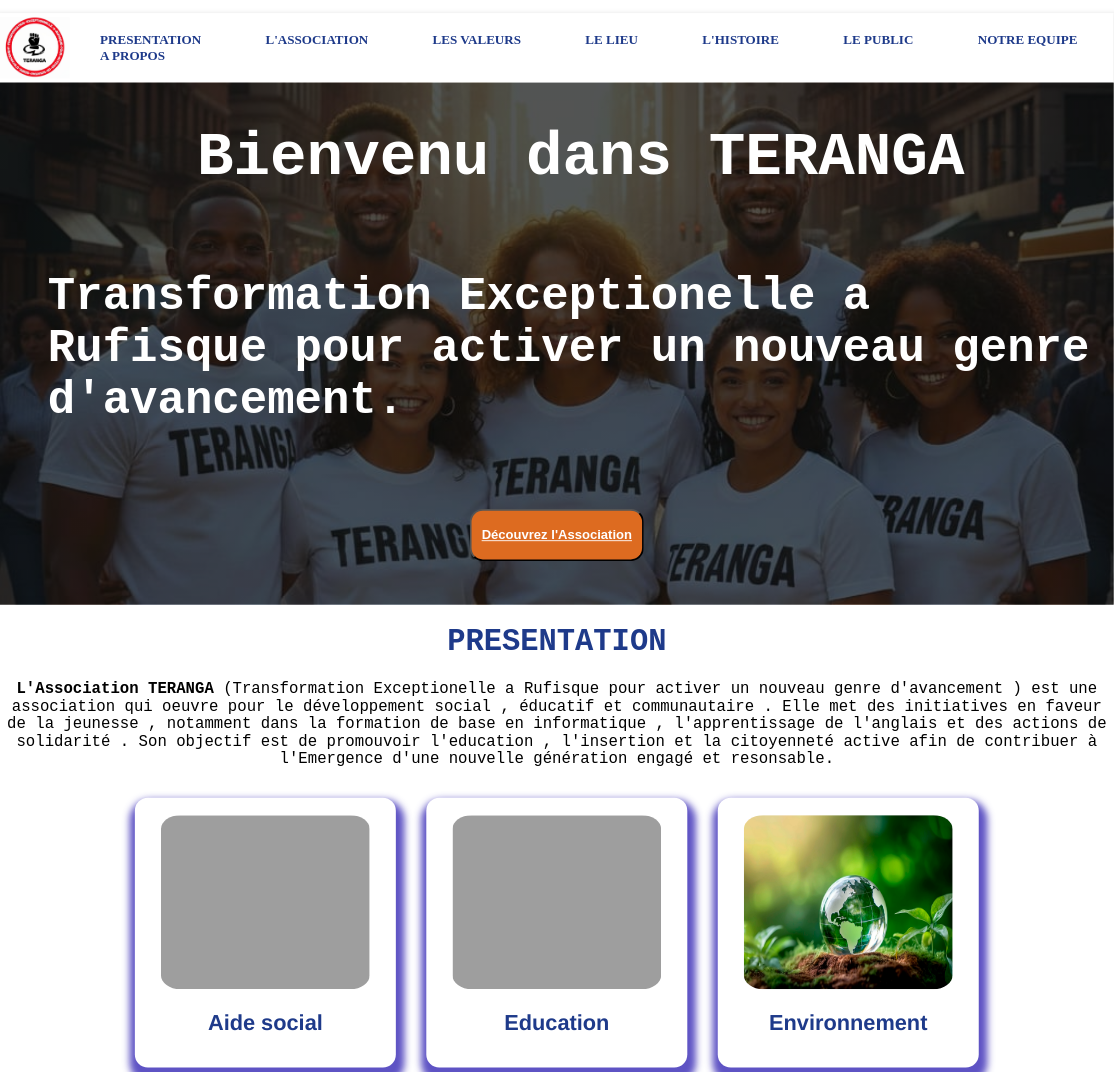
Repository: assanendao171/projet-teranga
Page: presentation.html
The author's editor kept a copy of each file at every save. The page is drawn from the files as they stood at one save, then again after the next save.
The browser window is 1280 px wide. The pictures show the whole page, at 87% of full size.
The pointer rests on the first visible `.image-aide`.
Pictures or frames that could not be fetched are drawn as grey boxes.

Above is the page before, as saved 2026-02-11 14:08:52.

### presentation.html
<!DOCTYPE html>
<html lang="en">
<head>
    <meta charset="UTF-8">
    <meta name="viewport" content="width=device-width, initial-scale=1.0">
    <title>Document</title>
    <link rel="stylesheet" href="presentation.css">
</head>
<body>
<!-- l'entete -->
 <header>
        <!-- logo -->
<img src="image/logo.jpeg" alt="" class="logo">
<div class="btn-nav">

    <nav>

<a href="presentation.html" target="_blank">PRESENTATION</a>
<a href="association.html" target="_blank">L'ASSOCIATION</a>
<a href="valeur.html" target="_blank">LES VALEURS</a>
<a href="lieu.html" target="_blank">LE LIEU</a>
<a href="histoire.html" target="_blank">L'HISTOIRE</a>
<a href="public.html" target="_blank">LE PUBLIC</a>
<a href="equipe.html" target="_blank">NOTRE EQUIPE</a>
<a href="propos.html" target="_blank">A PROPOS</a>
    </nav>
</div>
 </header>
 <!-- le hero -->
  <div class="hero">
<div class="texte-accrosse">
    <h1>Bienvenu dans TERANGA</h1>
    <h2>Transformation Exceptionelle a Rufisque pour activer un nouveau genre d'avancement.</h2>
</div>
<!-- btn-hero -->
 <div class="btn">
<button class="btn-hero"><a href="association.html" target="_blank">Découvrez l'Association</a></button>
</div>
  </div>
 <!-- le corps -->
  <main>
    <h1 id="h-presentation">PRESENTATION</h1>
    <p id="p-presentation"><strong>L'Association TERANGA </strong> (Transformation Exceptionelle a Rufisque pour activer un nouveau genre d'avancement ) est une association
    qui oeuvre pour le développement social , éducatif et communautaire . Elle met  des initiatives en faveur de la jeunesse , notamment dans la formation de base en informatique ,
    l'apprentissage de l'anglais et des actions de solidarité . Son objectif  est de promouvoir l'education , l'insertion et la citoyenneté active afin de contribuer
à l'Emergence d'une nouvelle génération engagé et resonsable.</p>
<div class="contain-image">
<div class="image1">
<img src="image/aidesocial.jpg" alt="aide social" class="image-aide">
<span id="texte-aide-social">Aide social</span>
</div>
<!-- ____________________ -->
 <div class="image1">
<img src="image/education.jpg" alt="education" class="image-aide">
<span id="texte-aide-social">Education</span>
</div>
<!-- ___________________________________ -->
 <div class="image1">
<img src="image/environnement.jpg" alt="environnement" class="image-aide">
<span id="texte-aide-social">Environnement</span>
</div>
</div>
  </main>
  <!-- le pieds -->
   <footer></footer>
</body>
</html>

### presentation.css
body{
    margin: 15px 0 5px 0;
}
header{
width: 100%;
height: 80px;
background-color: #FFFFFF;
box-shadow: 2px 6px 6px 6px rgba(0, 0, 0, 0.1);
display: flex;
align-items: center;
justify-content: center;
}
nav a{
    margin: 35px;
    color: #1E3A8A;
    text-decoration: none;
    font-size: 15px;
    font-weight:900;
}
nav a:hover{
    text-decoration: underline;
}
.logo{
    width: 80px;
left: 10px;
}
.hero{
  width:100%;
  height:600px ;
  background-image:
    linear-gradient(rgba(0, 0, 0, 0.6), rgba(0, 0, 0, 0.6)),
    url("image/background.jpeg");
  background-size: cover;
  background-position: top;
  background-repeat: no-repeat;
}
.texte-accrosse{
display: flex;
flex-direction: column;
justify-content: center;
align-items: center;
color: rgb(255, 255, 255);
font-size: 35px;
font-family: 'Courier New', Courier, monospace;
margin-left: 55px;
}
.btn-hero{
width: 200px;
height: 60px;
border-radius: 15px;
background-color: #DD6B20;
font-size: 15px;
font-weight: 600;
color: #FFFFFF;

}
.btn-hero a{
color: #FFFFFF;
}
.btn{
    padding: 50px;
    display: flex;
    flex-direction: column;
    justify-content: center;
    align-items: center;
}
#h-presentation{
        color: #1E3A8A;

    text-align: center;
    font-size: 35px;
font-family: 'Courier New', Courier, monospace;
}
#p-presentation{
    text-align: center;
    font-size: 18px;
font-family: 'Courier New', Courier, monospace;
margin: 5px ;
}
.contain-image{
    padding-top: 30px;
    display: flex;
    gap: 35px;
    text-align: center;
    justify-content: center;
    align-items: center;
}
.image1{
    width: 300px;
    height: 310px;
    text-align: center;
    background-color: rgb(255, 255, 255);
    border-radius: 15px;
    box-shadow: 2px 10px 8px 8px rgba(49, 34, 180, 0.781);
    color: #1E3A8A;

}
.image-aide{
        width: 240px;
    height: 200px;
    padding: 20px;
    border-radius: 15%;
}
.image-aide:hover{
    transition: 1.s;
    transform: ;
}
#texte-aide-social{
        font-size: 25px;
        font-weight:bold;
font-family:'Franklin Gothic Medium', 'Arial Narrow', Arial, sans-serif
}

After the next save:
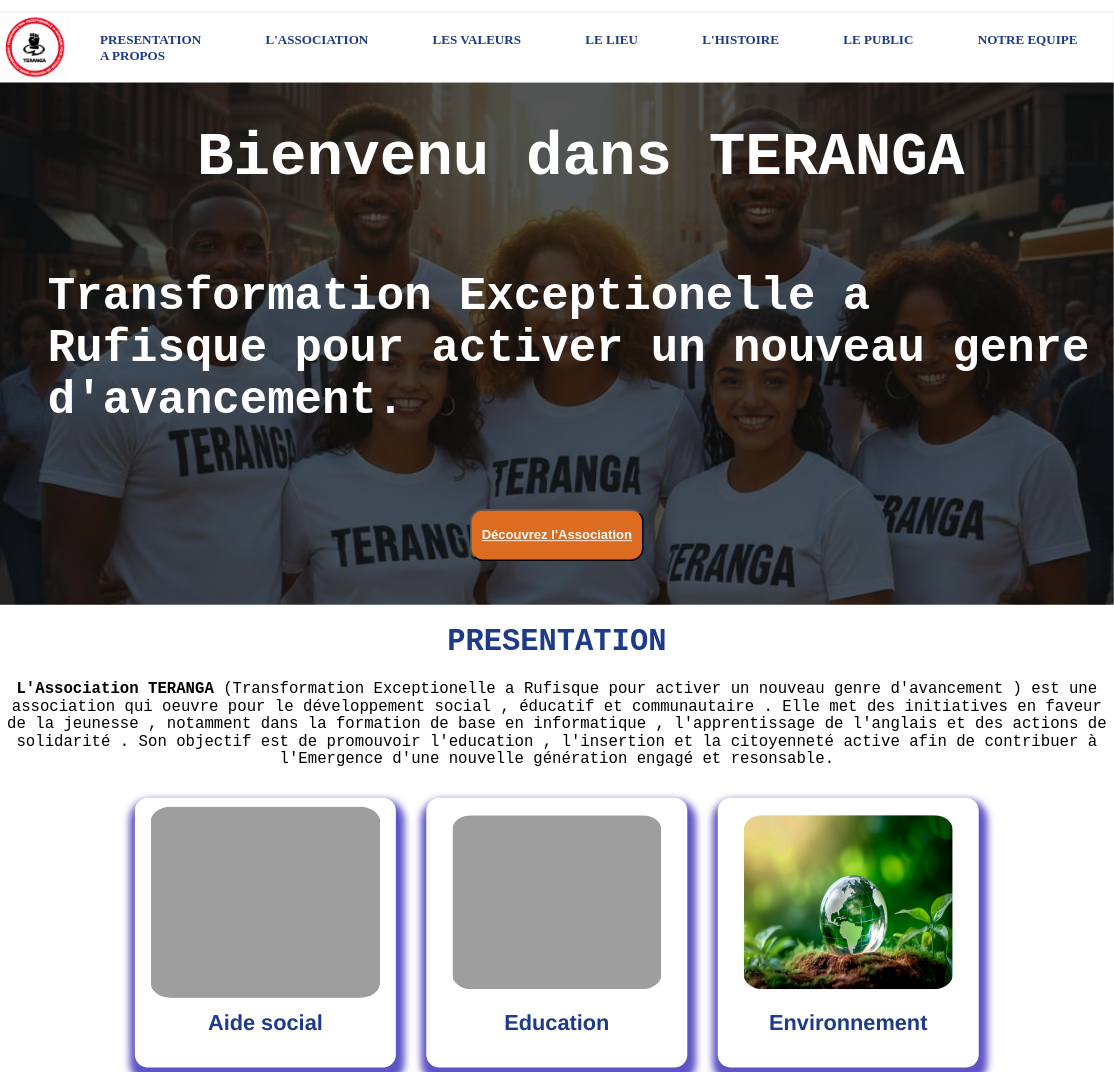
Saved 6 s later.
--- a/presentation.css
+++ b/presentation.css
@@ -103,7 +103,7 @@ margin: 5px ;
 }
 .image-aide:hover{
     transition: 1.s;
-    transform: ;
+    transform: scale(1.1);
 }
 #texte-aide-social{
         font-size: 25px;
